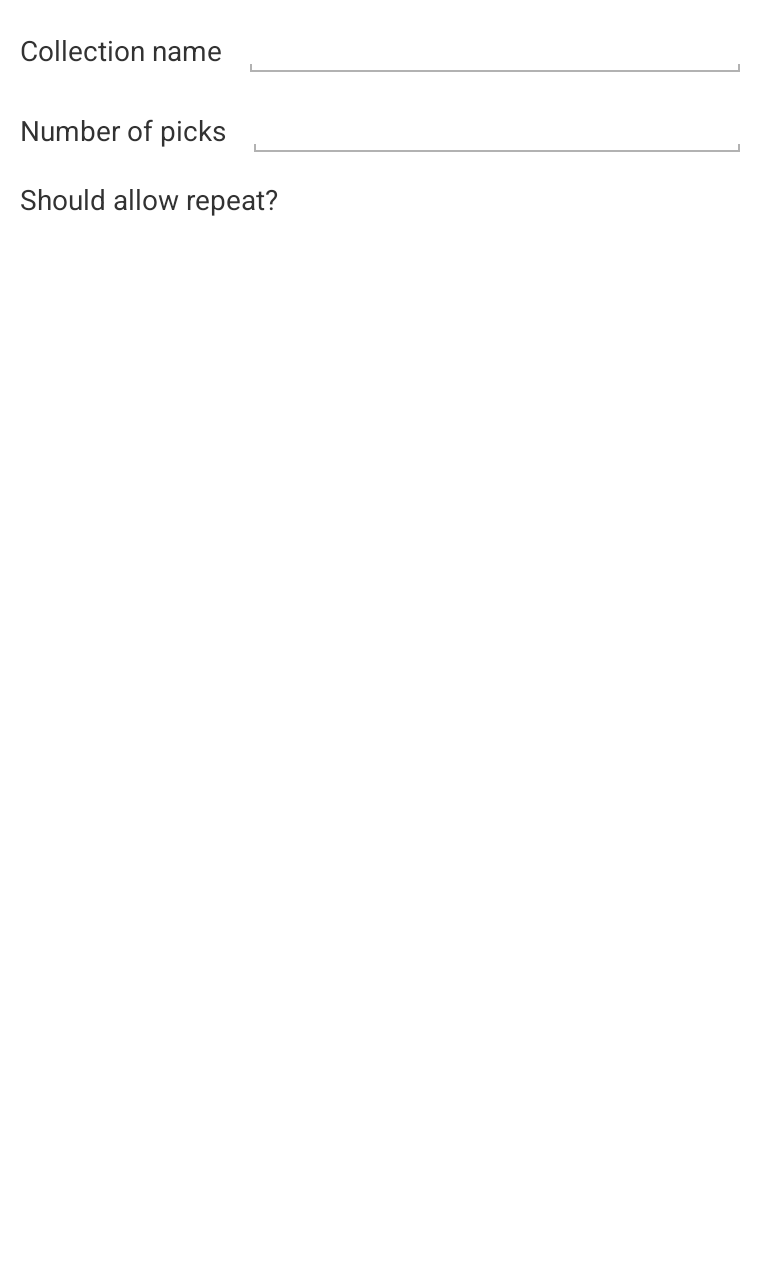
Repository: nqmtuan/RandomRandomizerAndroid
Layout: Workspace/RandomRandomizer/res/layout/create_edit_random_collection.xml
An editor plug-in stored every save of this project. The layout is shown before and after the next save, followed by the edit.
It is drawn on a 768 x 1280 px phone screen (xhdpi) without system bars, with theme AppTheme; the app's code is not run.

Above is the layout before, as saved 2013-07-29 14:44:55.

### Workspace/RandomRandomizer/res/layout/create_edit_random_collection.xml
<?xml version="1.0" encoding="utf-8"?>
<RelativeLayout xmlns:android="http://schemas.android.com/apk/res/android"
    android:layout_width="match_parent"
    android:layout_height="match_parent" >

	<RelativeLayout
	    android:id="@+id/create_random_collection_name_container"
	    android:layout_width="match_parent"
	    android:layout_height="wrap_content"
	    android:layout_marginTop="10dp"
	    >

	    <TextView
	        android:id="@+id/create_random_collection_name_text_view"
	        android:layout_width="wrap_content"
	        android:layout_height="wrap_content"
	        android:text="@string/random_collection_name_label"
	        android:layout_centerVertical="true"
	        android:layout_marginLeft="10dp"
	        />

	    <EditText
	        android:id="@+id/create_random_collection_name_edit_text"
	        android:layout_width="fill_parent"
	        android:layout_height="30dp"
	        android:layout_toRightOf="@+id/create_random_collection_name_text_view"
	        android:layout_marginLeft="10dp"
	        android:layout_marginRight="10dp"
	        />
	</RelativeLayout>

	<RelativeLayout
	    android:id="@+id/create_random_collection_nselection_container"
	    android:layout_width="match_parent"
	    android:layout_height="wrap_content"
	    android:layout_marginTop="10dp"
	    android:layout_below="@+id/create_random_collection_name_container"
	    >

	    <TextView
	        android:id="@+id/create_random_collection_nselection_text_view"
	        android:layout_width="wrap_content"
	        android:layout_height="wrap_content"
	        android:text="@string/random_collection_nselection_label"
	        android:layout_centerVertical="true"
	        android:layout_marginLeft="10dp"
	        />

	    <EditText
	        android:id="@+id/create_random_collection_nselection_edit_text"
	        android:layout_width="fill_parent"
	        android:layout_height="30dp"
	        android:layout_toRightOf="@+id/create_random_collection_nselection_text_view"
	        android:layout_marginLeft="10dp"
	        android:layout_marginRight="10dp"
	        android:inputType="number"
	        />
	</RelativeLayout>

	<RelativeLayout
	    android:id="@+id/create_random_collection_should_allow_repeat_container"
	    android:layout_width="match_parent"
	    android:layout_height="wrap_content"
	    android:layout_marginTop="10dp"
	    android:layout_below="@+id/create_random_collection_nselection_container"
	    >

	    <TextView
	        android:id="@+id/create_random_collection_should_allow_repeat_text_view"
	        android:layout_width="wrap_content"
	        android:layout_height="wrap_content"
	        android:text="@string/random_collection_should_allow_repeat_label"
	        android:layout_centerVertical="true"
	        android:layout_marginLeft="10dp"
	        />

	</RelativeLayout>


</RelativeLayout>

### Workspace/RandomRandomizer/res/values/strings.xml
<?xml version="1.0" encoding="utf-8"?>
<resources>

    <string name="app_name">Random Randomizer</string>
    <string name="action_settings">Settings</string>
    <string name="hello_world">Hello world!</string>
    <string name="random_collection_name_label">Collection name</string>
    <string name="random_collection_nselection_label">Number of picks</string>
    <string name="random_collection_should_allow_repeat_label">Should allow repeat?</string>

</resources>

Loaded but not shown: Workspace/RandomRandomizer/res/values/styles.xml (common file); Workspace/RandomRandomizer/res/values-v11/styles.xml (common file); Workspace/RandomRandomizer/res/values-v14/styles.xml (common file)

After the next save:
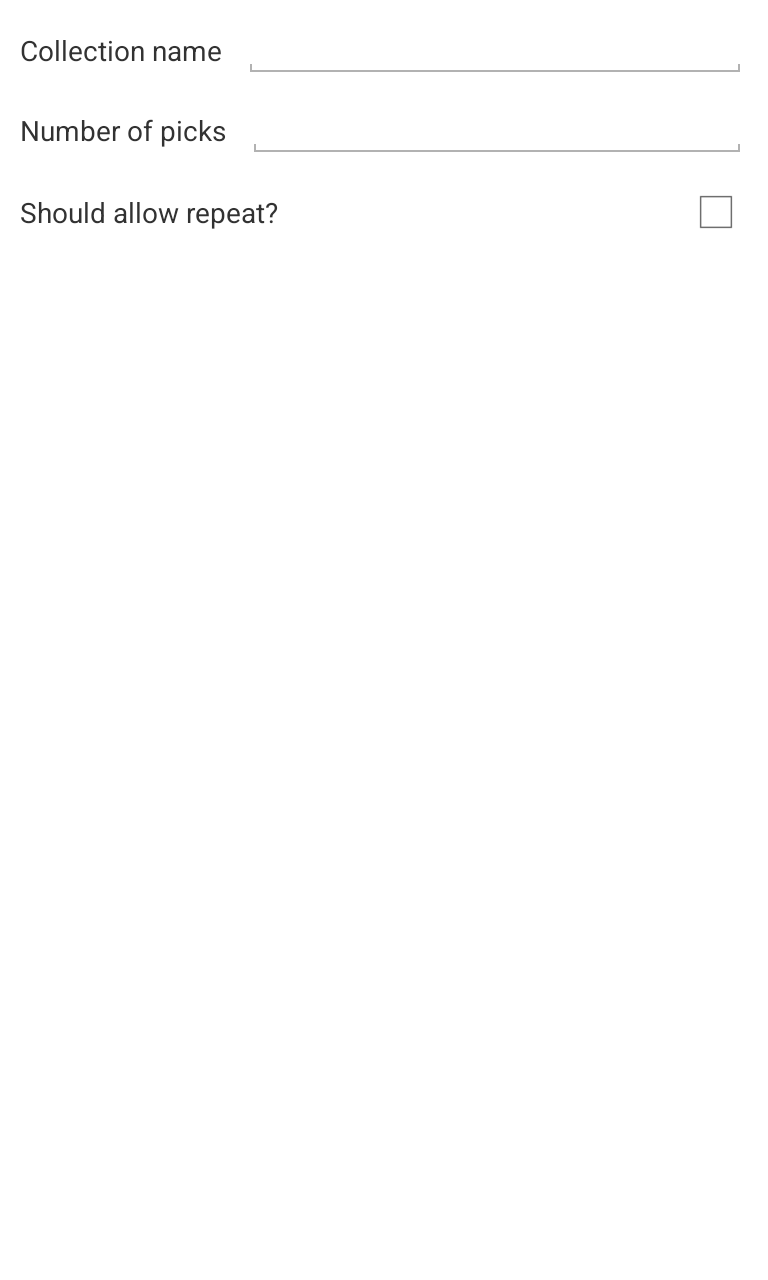
Saved 71 s later.
--- a/Workspace/RandomRandomizer/res/layout/create_edit_random_collection.xml
+++ b/Workspace/RandomRandomizer/res/layout/create_edit_random_collection.xml
@@ -73,7 +73,13 @@
 	        android:layout_centerVertical="true"
 	        android:layout_marginLeft="10dp"
 	        />
-
+		<CheckBox
+	        android:id="@+id/create_random_collection_should_allow_repeat_check_box"
+	        android:layout_width="wrap_content"
+	        android:layout_height="wrap_content"
+			android:layout_alignParentRight="true"
+			android:layout_marginRight="10dp"
+		    />
 	</RelativeLayout>
 
 
